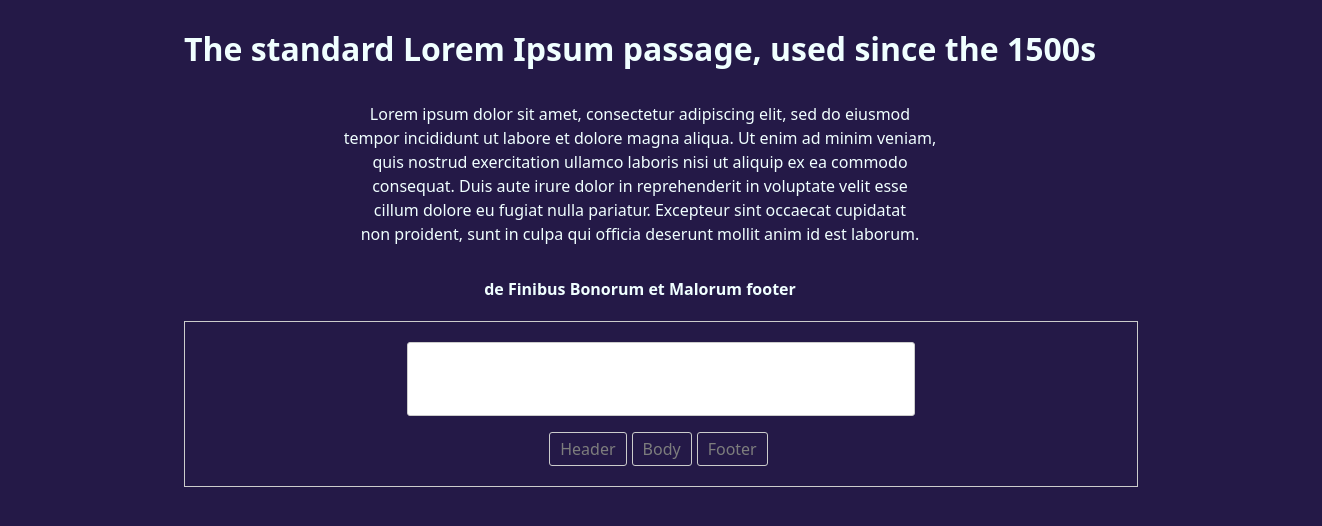
Repository: Freezler/AnnounceCraft
Page: index.html
These files come from the project's save history. The page is drawn as it stood at one moment and after the next save; the edit follows.
The browser window is 1280 px wide. The page is 1280 px wide, then 1322 px, so the pictures cover 1322 px, including what lies to the right of the window. The pictures show the whole page.

Above is the page before, as saved 2024-01-21 10:28:37.

After the next save:
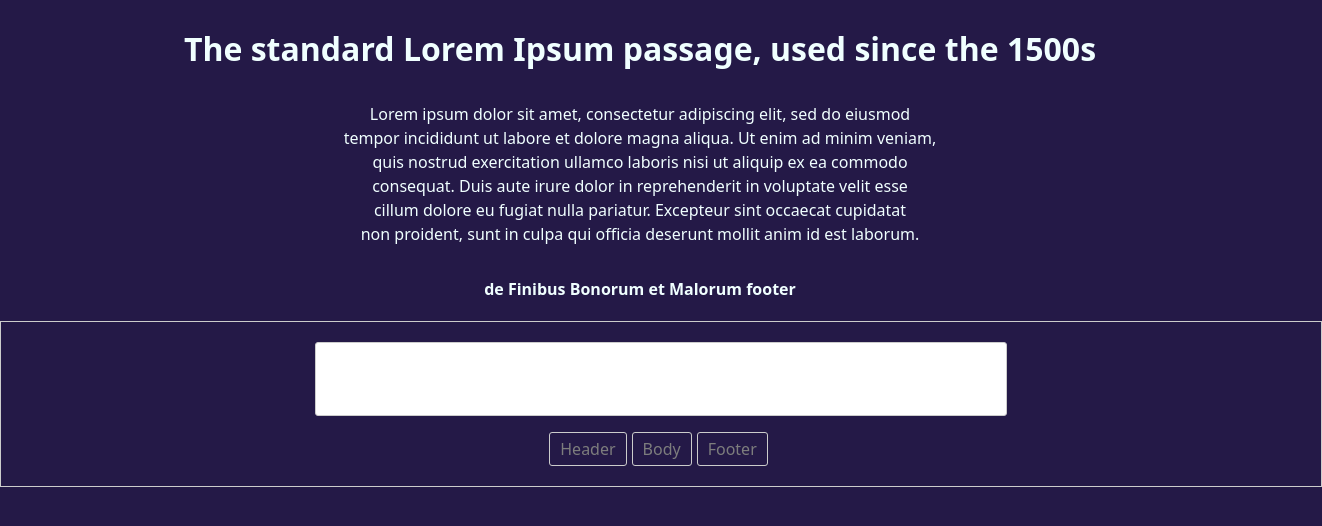
Saved 9 s later.
--- a/style.css
+++ b/style.css
@@ -8,7 +8,7 @@
     height: 100vh;
     display: flex;
     flex-direction: column;
-    justify-content: space-between;
+    justify-content: space-evenly
     align-items: center;
 }
 
